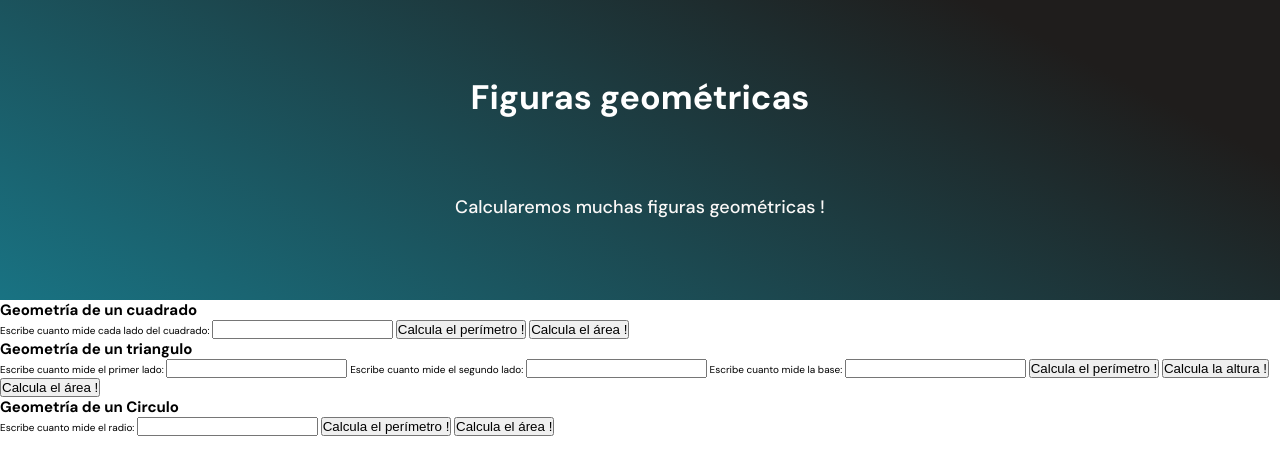
Repository: ChristianGecchelin/javascript-project
Page: javascript-project/figuras-geometricas/figuras.html
An editor plug-in stored every save of this project. The page is shown before and after the next save, followed by the edit.
The browser window is 1280 px wide. The pictures show the whole page.

Above is the page before, as saved 2021-12-01 21:40:18.

After the next save:
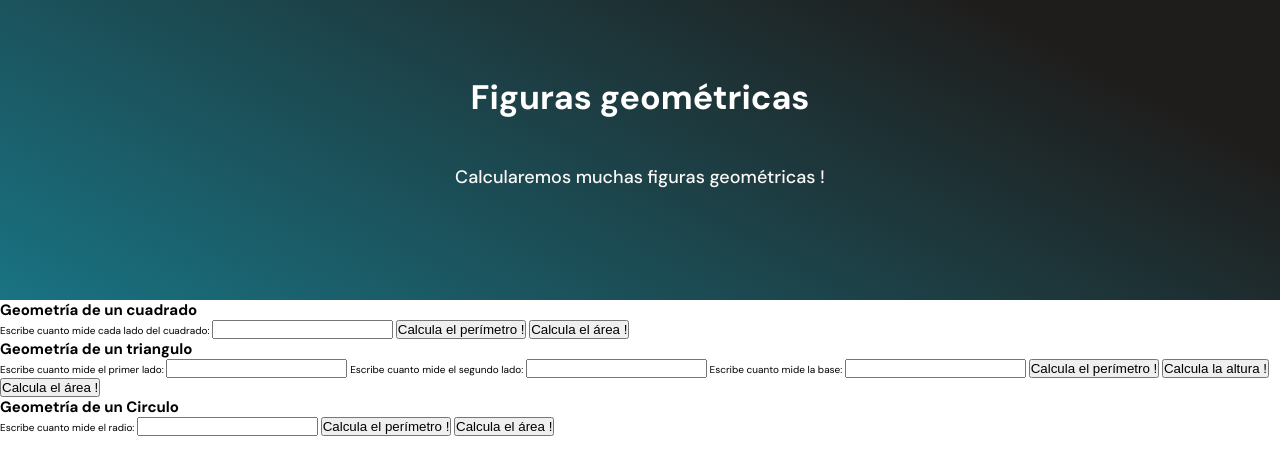
Saved 72 s later.
--- a/javascript-project/figuras-geometricas/style.css
+++ b/javascript-project/figuras-geometricas/style.css
@@ -39,7 +39,7 @@ header .header--title-container {
 }
 header .header--title-container h1 {
   margin-top: 30px;
-  margin-bottom: 80px;
+  margin-bottom: 50px;
   font-size: 3.4rem;
   font-weight: 700;
   line-height: 3.6rem;
